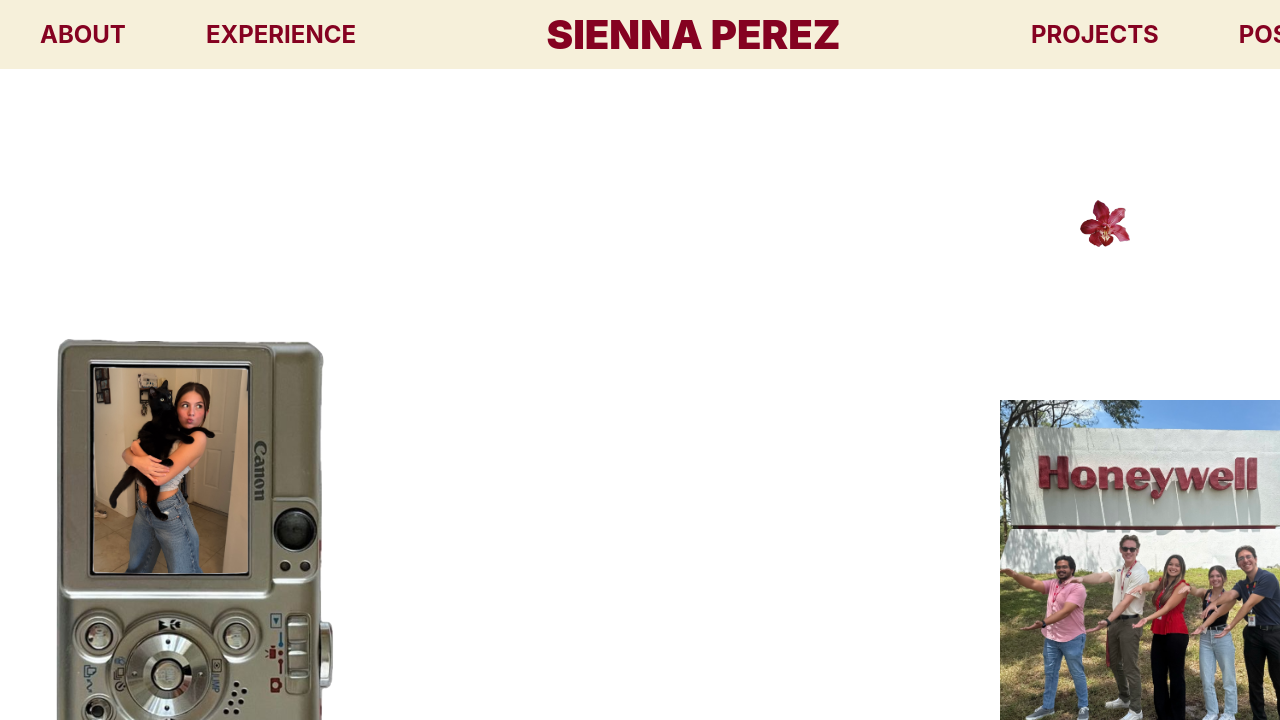
Repository: siennaperez/siennaperezweb
Page: /experience
These files come from the project's save history. The page is drawn as it stood at one moment and after a run of saves; the edit follows.
The browser window is 1280 px wide. The pictures show the whole page.
The project was rebuilt for these pictures with package versions that can differ from the ones it lists, and the page was loaded fresh each time. Also part of the build but not shown: src/pages/About.css, src/pages/About.js, src/pages/Experience.css, src/pages/Experience.js.

Above is the page before, as saved 2025-09-24 12:52:58.

After the next 2 saves:
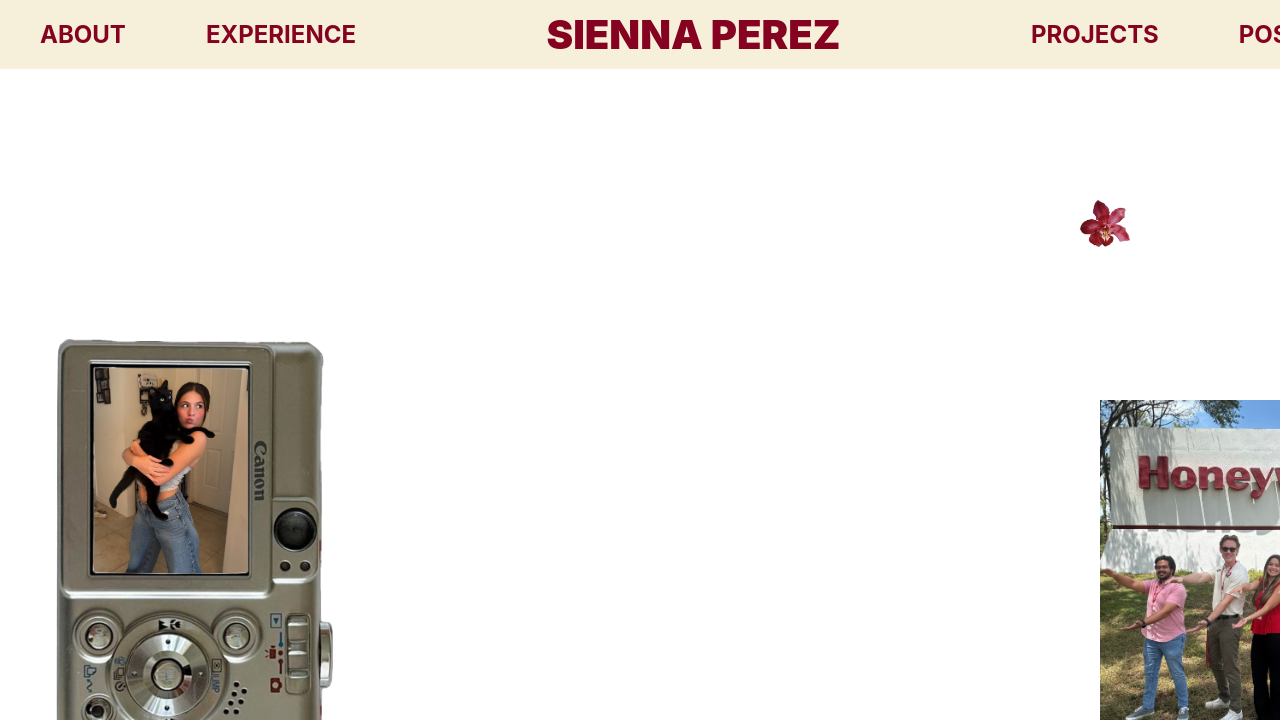
The 2 saves are shown as one change because they came seconds apart.
The last was saved 12 s later.
--- a/src/pages/Home.css
+++ b/src/pages/Home.css
@@ -53,6 +53,6 @@
 .honeywell-img {
   position: fixed;
   top: 400px;
-  left: 1000px;
+  left: 1100px;
   width: 300px;
 }
